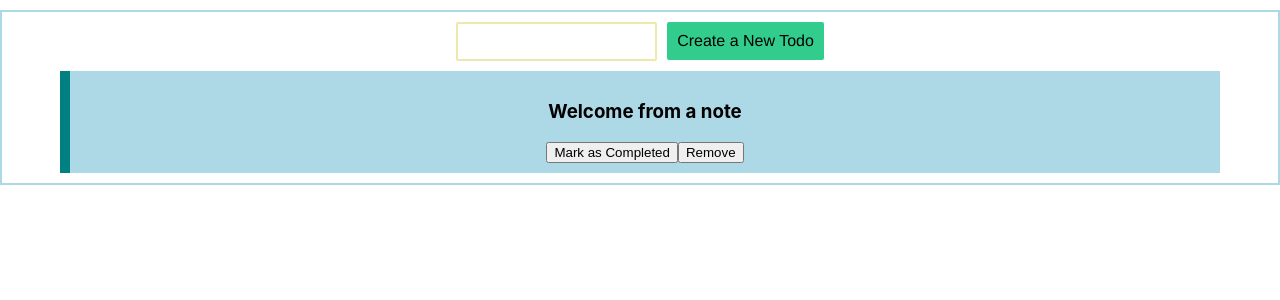
Repository: CaptainStorm21/react-ecosystem-course
Page: /
These files come from the project's save history. The page is drawn as it stood at one moment and after the next save; the edit follows.
The browser window is 1280 px wide. The pictures show the whole page.
The project was rebuilt for these pictures with package versions that can differ from the ones it lists, and the page was loaded fresh each time.

Above is the page before, as saved 2020-05-30 17:45:54.

After the next save:
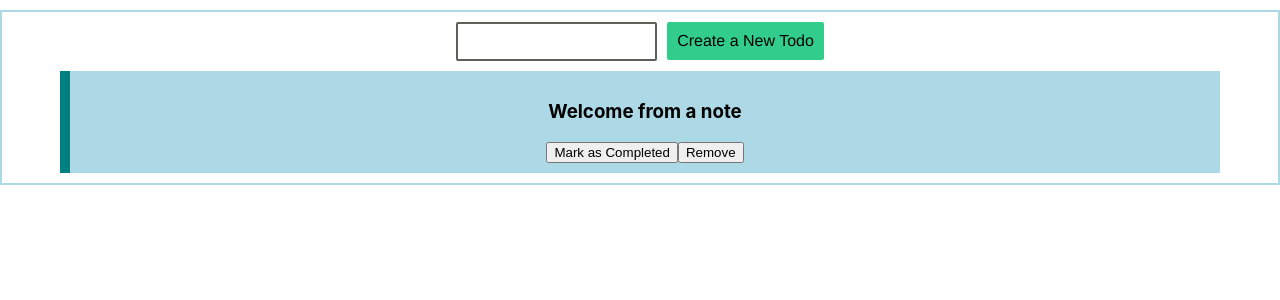
Saved 9 s later.
--- a/src/todos/NewTodoForm.css
+++ b/src/todos/NewTodoForm.css
@@ -20,5 +20,5 @@
 .new-todo-input{
         border-radius: 2px;
             padding: 10px;
-    border: 2px solid palegoldenrod;
+    border: 2px solid rgb(95, 95, 90);
 }
